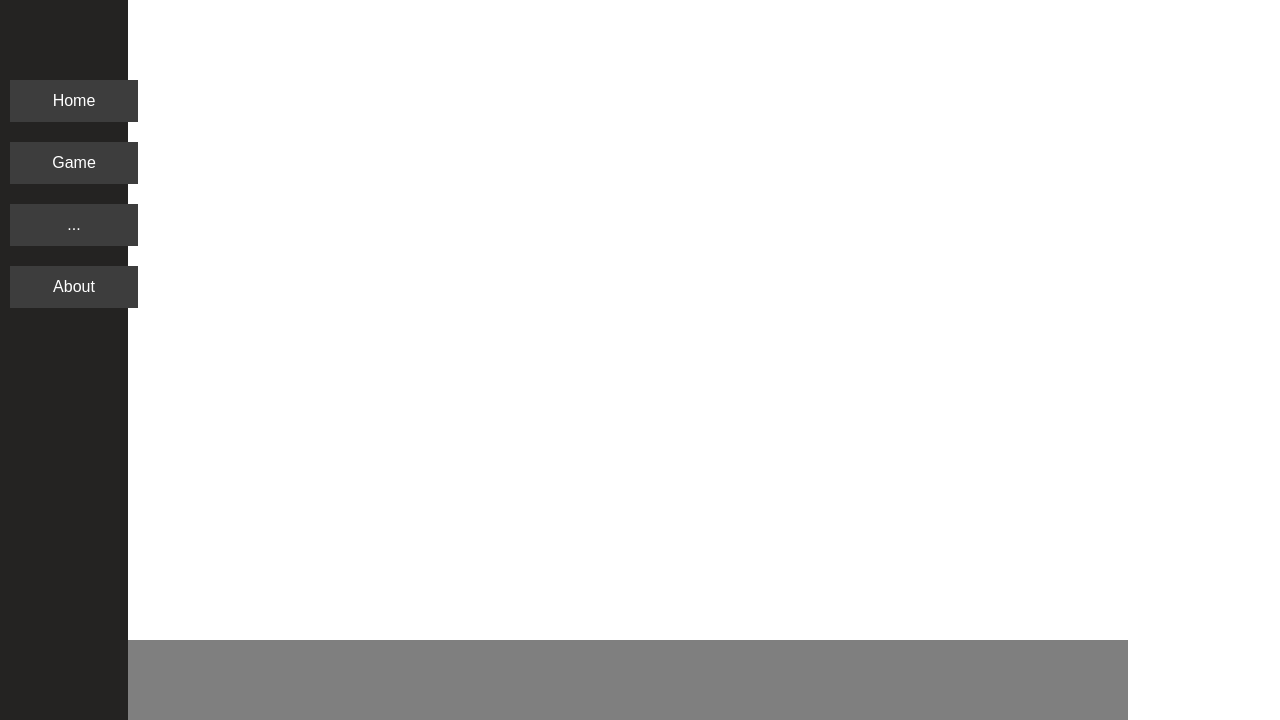
Repository: LaukiniXs/astronomia
Page: index.html
These files come from the project's save history. The page is drawn as it stood at one moment and after the next save; the edit follows.
The browser window is 1280 px wide. The pictures show the whole page.

Above is the page before, as saved 2020-05-18 13:24:24.
Not found: index.ts

After the next save:
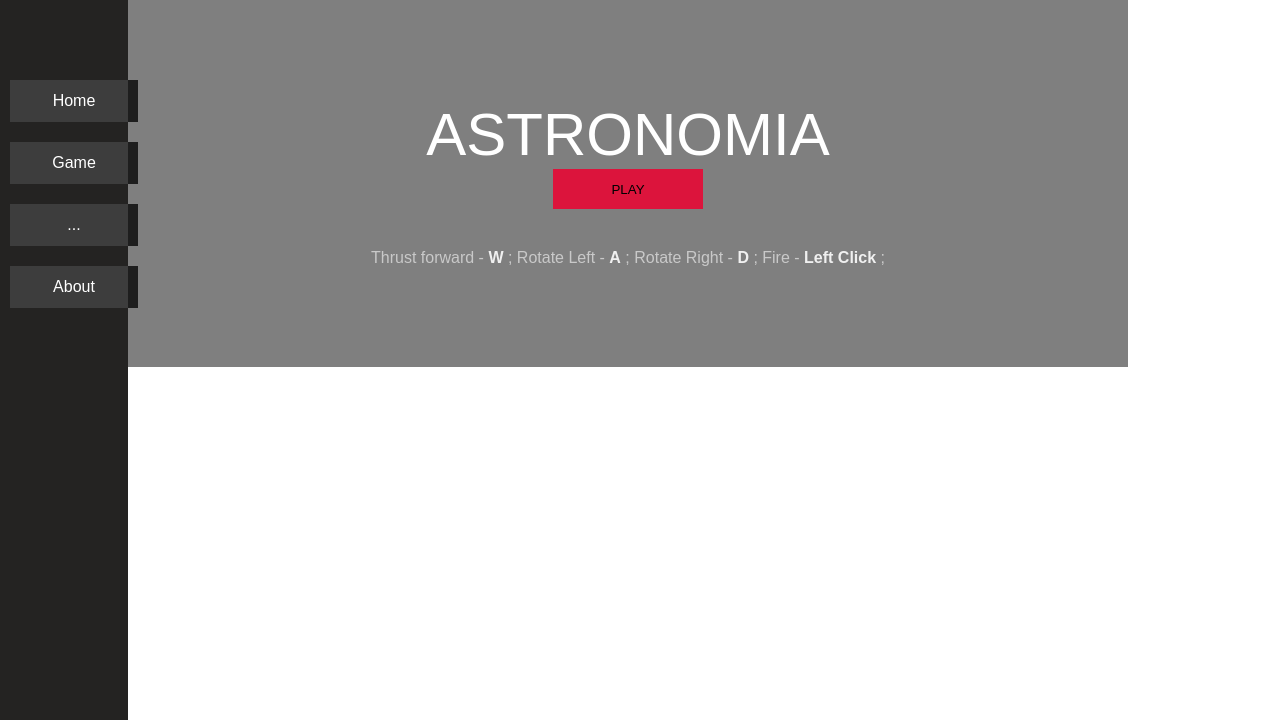
Saved 10 s later.
--- a/style.css
+++ b/style.css
@@ -99,7 +99,7 @@
   float: left;
 }
 #gamediv{
-  margin-top: 50%;
+  margin-top: auto;
 float: left;
 
 }
